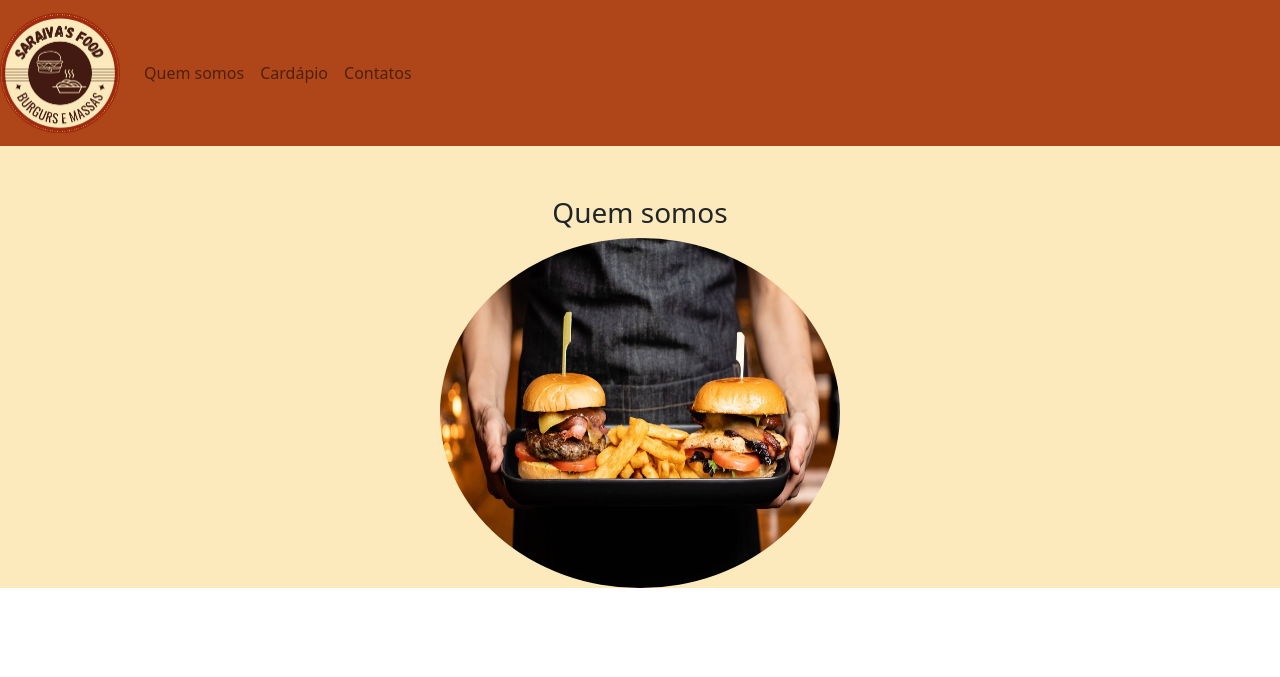
Repository: Tuanemendes/curso_bootstrap
Page: projeto1/index.html
The author's editor kept a copy of each file at every save. The page is drawn from the files as they stood at one save, then again after the next save.
The browser window is 1280 px wide. The pictures show the whole page.

Above is the page before, as saved 2022-04-04 16:45:40.

After the next save:
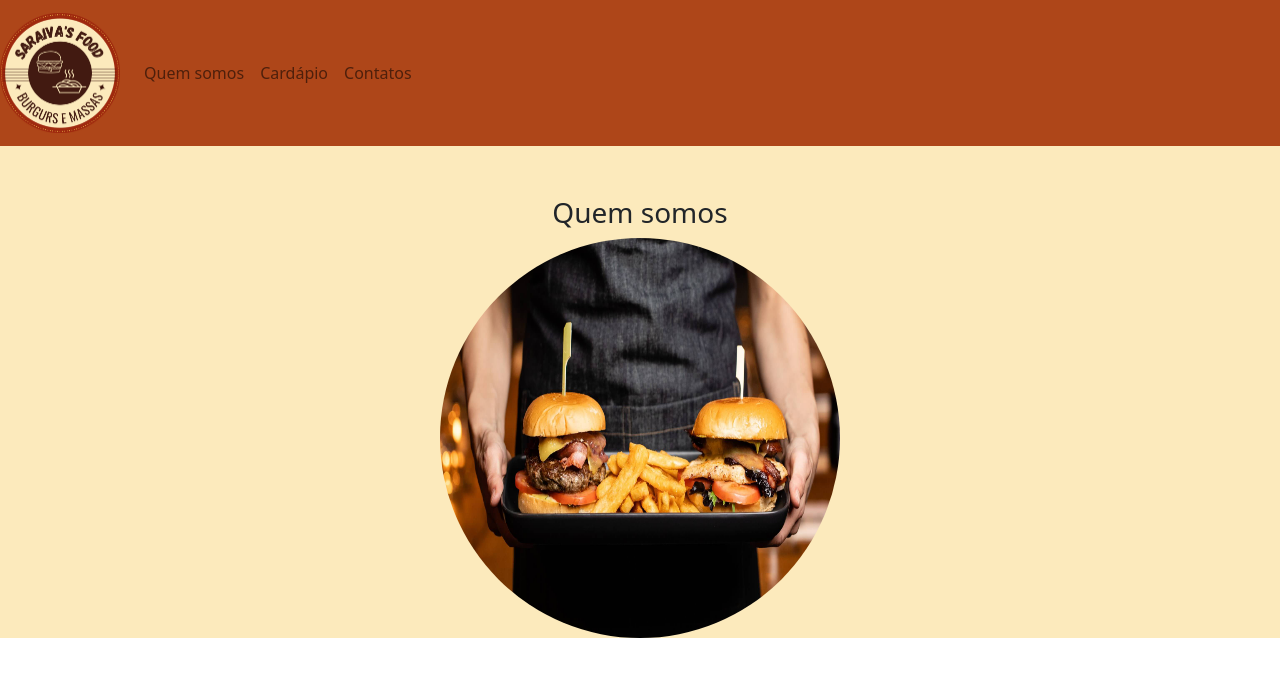
Saved 58 s later.
--- a/projeto1/index.html
+++ b/projeto1/index.html
@@ -31,7 +31,7 @@
     <section id="quemsomos">
         <div class="container-fluid quem-somos text-center margin">
             <h3>Quem somos</h3>
-            <img src="/img/FICHA-TECNICA-PARA-HAMBURGUERIA-DICA.jpg" class="rounded-circle" alt="burgueria" width="400" height="350">
+            <img src="/img/FICHA-TECNICA-PARA-HAMBURGUERIA-DICA.jpg" class="rounded-circle" alt="burgueria" width="400" height="400">
         </div>
     </section>
 </body>
